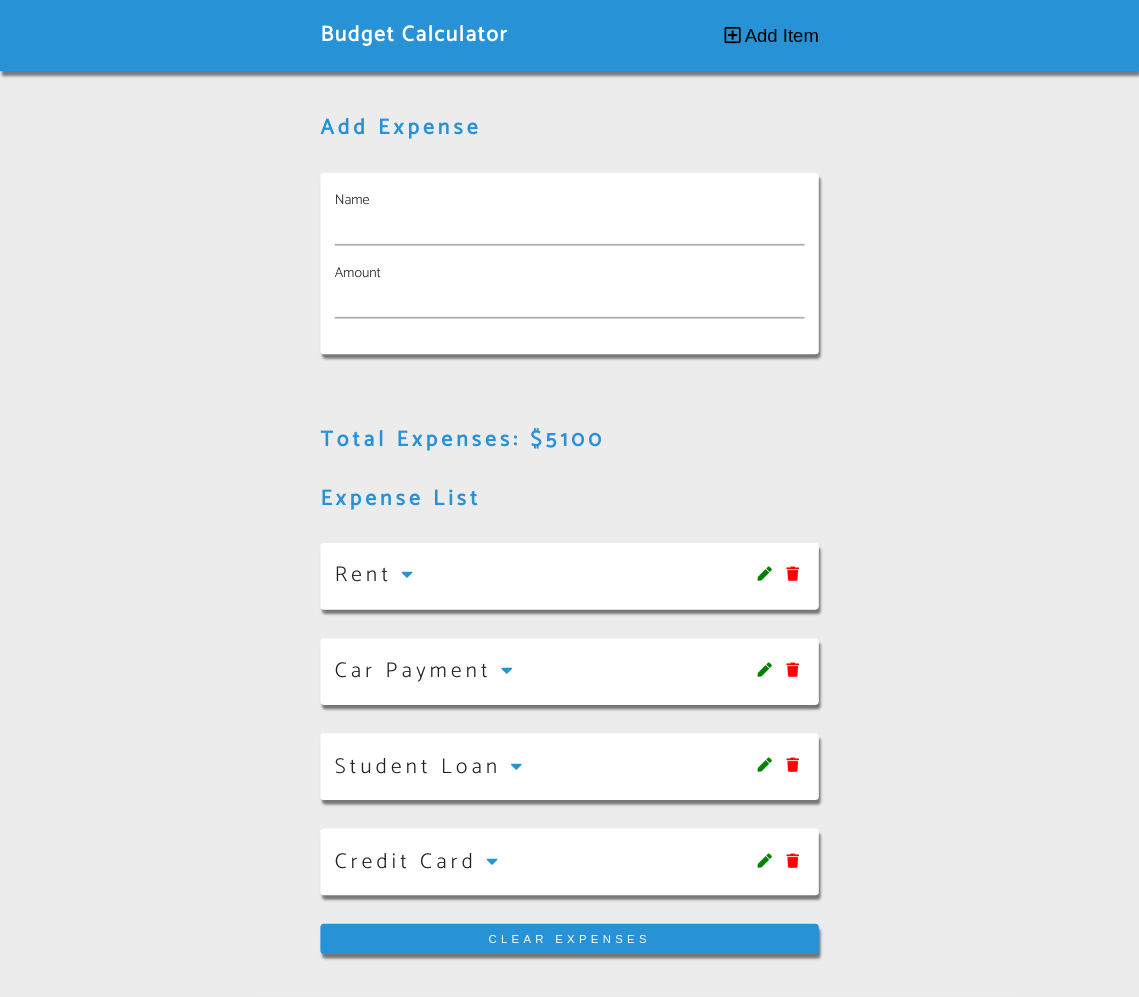
Repository: webdril/budget
Page: /
The author's editor kept a copy of each file at every save. The page is drawn from the files as they stood at one save, then again after the next save.
The browser window is 1280 px wide. The pictures show the whole page, at 89% of full size.
The project was rebuilt for these pictures with package versions that can differ from the ones it lists, and the page was loaded fresh each time.

Above is the page before, as saved 2020-03-13 21:24:09.

### public/index.html
<!DOCTYPE html>
<html lang="en">
<head>
	<meta charset='utf-8'>
	<meta name='viewport' content='width=device-width,initial-scale=1'>

	<title>Budget Calculator</title>

	<link rel='icon' type='image/png' href='/favicon.png'>
	<link rel='stylesheet' href='/global.css'>
	<link rel='stylesheet' href='/build/bundle.css'>
	<!-- Font Awesome -->
	<link rel="stylesheet" href="fontawesome-free-5.11.2-web/css/all.min.css">

	<script defer src='/build/bundle.js'></script>
</head>

<body>
</body>
</html>

### src/App.svelte
<script>
import {setContext} from 'svelte';
// components
import Navbar from './Navbar.svelte'
import ExpensesList from './ExpensesList.svelte'
import Totals from './Totals.svelte'
import ExpenseForm from './ExpenseForm.svelte'

// Data
import expensesData from './expenses';

// variables
let expenses = [...expensesData];
// reactive
$: total = expenses.reduce((acc, curr) => {
	console.log(acc, curr.amount);
	return(acc += curr.amount);
},0);

// functions
function removeExpense(id){
	expenses = expenses.filter(item =>item.id !== id);
}
function clearExpenses(){
	expenses = [];
}

// context
setContext('remove', removeExpense)
</script>

<!-- CSS/STYLING -->

<Navbar />
<main class="content">
<ExpenseForm />
	<Totals title="total expenses" {total} />
	<ExpensesList {expenses}/>
	<button type="button" class="btn btn-primary btn-block" on:click={clearExpenses}> Clear Expenses</button>
</main>

### src/Navbar.svelte
<nav class="nav">
	<div class="nav-center">
		<h1 class="nav-title">Budget Calculator</h1>
		<button type="button" class="nav-btn">
			<i class="far fa-plus-square" />
			Add Item
		</button>
	</div>
</nav>

### src/ExpensesList.svelte
<script>
import SectionTitle from './Title.svelte';
import Expense from './Expense.svelte';
export let expenses = [];
</script>

<style>
    h2 {
        text-transform: capitalize;
    }
</style>

<section>
    <SectionTitle title= 'expense list' />
    <ul>
        {#each expenses as expense, index}
            <!-- <Expense {expense}/> -->
            <!-- Anothr way below -->
            <Expense {...expense} />
            {:else}
                <h2>No Expenses added to the list</h2>
        {/each}
    </ul>
</section>

### src/Totals.svelte
<script>
export let title = 'default title';
export let total = 0;
</script>




<section class="main-title">
<h2>{title}: ${total}</h2>
</section>

### src/ExpenseForm.svelte
<script>
import Title from './Title.svelte'
</script>

<section class="form">
    <Title title= "add expense" />
    <form class="expense-form">
        <div class="form-control">
            <label for="name">Name</label>
            <input type="text" id="name" />
        </div>
        <div class="form-control">
            <label for="amount">amount</label>
            <input type="number" id="amount" />
        </div>
    </form>
</section>

### src/Title.svelte
<script>
export let title = "default title";

</script>


<div class="main-title">
 <h2>{title}</h2>
</div>

### src/Expense.svelte
<script>
import {getContext} from 'svelte';
// export let expense
// let {name, amount} = expense
// Another method below
export let id;
export let name = "";
export let amount =0;
let displayAmount = false;

function toggleAmount () {
    displayAmount = !displayAmount
}
const removeExpense = getContext('remove');
</script>

<article class="single-expense">
    <div class="expense-infor">
        <h2>{name}
            <button class="amount-btn" on:click={toggleAmount}>
                <i class="fas fa-caret-down" />
            </button>
        </h2>
        {#if displayAmount}
        <h4>amount: ${amount}</h4>
        {/if}
    </div>
    <div class="expense-button">
        <button class="expense-btn edit-btn">
            <i class="fas fa-pen" />
        </button>
          <button class="expense-btn delete-btn"
          on:click={removeExpense(id)}>

            <i class="fas fa-trash" />
        </button>
    </div>
</article>

### public/global.css
/*
======
Fonts
======
*/
@import url("https://fonts.googleapis.com/css?family=Catamaran:300,400&display=swap");
/*
======
Variables
======
*/
:root {
  --primaryColor: #2892d7;
  --mainWhite: #fff;
  --offWhite: #f7f7f7;
  --mainBlack: #222;
  --mainGrey: #ececec;
  --darkGrey: #afafaf;
  --mainTransition: all 0.3s linear;
  --mainSpacing: 0.3rem;
  --lightShadow: 2px 5px 3px 0px rgba(0, 0, 0, 0.5);
  --darkShadow: 4px 10px 5px 0px rgba(0, 0, 0, 0.5);
  --mainBorderRadius: 0.25rem;
}
/*
======
Global Styles
======
*/
* {
  margin: 0;
  padding: 0;
  box-sizing: border-box;
}

body {
  font-family: "Catamaran", sans-serif;
  color: var(--mainBlack);
  background: var(--mainGrey);
  line-height: 1.4;
  font-size: 1rem;
  font-weight: 300;
}
h1,
h2,
h3,
h4,
h5,
h6 {
  font-family: "Catamaran", sans-serif;
  margin-bottom: 1.25rem;
  letter-spacing: var(--mainSpacing);
}
p {
  margin-bottom: 1.25rem;
}
ul {
  list-style-type: none;
}
a {
  text-decoration: none;
  color: var(--mainBlack);
}
/*
======
Buttons
======
*/
.btn,
.btn-white,
.btn-primary {
  text-transform: uppercase;
  letter-spacing: var(--mainSpacing);
  color: var(--primaryColor);
  border: 2px solid var(--primaryColor);
  padding: 0.45rem 0.8rem;
  display: inline-block;
  transition: var(--mainTransition);
  cursor: pointer;
  font-size: 0.8rem;
  border-radius: var(--mainBorderRadius);
  background: transparent;
}
.btn:hover {
  background: var(--primaryColor);
  color: var(--mainWhite);
}
.btn-white {
  background: transparent;
  color: var(--primaryColor);
  border-color: var(--primaryColor);
}
.btn-white:hover {
  background: var(--mainWhite);
  color: var(--primaryColor);
}
.btn-primary {
  background: var(--primaryColor);
  color: var(--mainWhite);
  border-color: var(--primaryColor);
}
.btn-primary:hover {
  background: transparent;
  color: var(--primaryColor);
}
.btn-block {
  width: 100%;
  display: block;
  margin: 0 auto;
  box-shadow: var(--lightShadow);
}
.disabled {
  color: var(--darkGrey);
  border-color: var(--darkGrey);
}
.disabled:hover {
  background: transparent;
  color: var(--darkGrey);
  border-color: var(--darkGrey);
}
/*
======
Navbar
======
*/
.nav {
  background: var(--primaryColor);
  height: 5rem;
  display: flex;
  align-items: center;
  box-shadow: var(--lightShadow);
}

.nav-center {
  width: 85%;
  max-width: 35rem;
  margin: 0 auto;
  display: flex;
  justify-content: space-between;
}
.nav-title {
  text-transform: capitalize;
  color: var(--mainWhite);
  margin-bottom: 0;
  letter-spacing: 2px;
}
.nav-btn {
  background: transparent;
  font-size: 1.3rem;
  border: none;
  cursor: pointer;
  text-transform: capitalize;
  transition: var(--mainTransition);
}
.nav-btn:hover {
  color: var(--darkGrey);
}
/*
======
Content
======
*/
.content {
  padding: 3rem 0;
  width: 85vw;
  max-width: 35rem;
  margin: 0 auto;
}

/*
======
Main Title
======
*/
.main-title {
  text-transform: capitalize;
  color: var(--primaryColor);
  margin-bottom: 2rem;
}
/*
======
Single Expense
======
*/
.single-expense {
  display: flex;
  justify-content: space-between;
  text-transform: capitalize;
  align-items: center;
  margin-bottom: 2rem;
  padding: 1.3rem 1rem;
  border-radius: var(--mainBorderRadius);
  background: var(--mainWhite);
  box-shadow: var(--lightShadow);
}
.single-expense h2 {
  margin-bottom: 0;
  font-weight: 300;
}
.single-expense h4 {
  margin-bottom: 0;
  margin-top: 1rem;
  font-weight: 300;
  color: var(--primaryColor);
}

.expense-btn {
  font-size: 1rem;
  background: transparent;
  border: none;
  margin: 0 0.4rem;
  transition: var(--mainTransition);
  cursor: pointer;
}
.expense-btn:hover {
  transform: scale(1.2);
}
.amount-btn {
  font-size: 1.3rem;
  background: transparent;
  border: none;
  cursor: pointer;
  color: var(--primaryColor);
}
.delete-btn {
  color: red;
}
.edit-btn {
  color: green;
}
/*
======
Expense Form
======
*/

.expense-form {
  background: var(--mainWhite);
  padding: 1.25rem 1rem;
  text-transform: capitalize;
  border-radius: var(--mainBorderRadius);
  box-shadow: var(--lightShadow);
}

.form-control label {
  display: block;
}
.form-control input {
  width: 100%;
  border: none;
  border-bottom: 2px solid var(--darkGrey);
  margin-bottom: 1.25rem;
  padding: 0.5rem;
  font-size: 1.2rem;
}
.form-empty {
  text-align: center;
  color: red;
}
.form {
  position: relative;
  margin-bottom: 5rem;
}
.close-btn {
  position: absolute;
  top: 0;
  right: 0;
  font-size: 1.2rem;
  text-transform: capitalize;
  display: flex;
  align-items: center;
  width: 4.2rem;
  justify-content: space-between;
  background: transparent;
  border: none;
  color: red;
  cursor: pointer;
}
/*
======
Modal
======
*/
.modal-container {
  position: fixed;
  top: 0;
  left: 0;
  right: 0;
  bottom: 0;
  background: rgba(0, 0, 0, 0.7);
  z-index: 2;
}
.modal-content {
  background: var(--mainWhite);
  width: 85vw;
  max-width: 35rem;
  margin: 0 auto;
  margin-top: 5rem;
  padding: 3rem;
  border-radius: var(--mainBorderRadius);
  position: relative;
}
.modal-content .expense-form {
  box-shadow: none;
}
.modal-container .form {
  margin-bottom: 0;
}
.modal-container .expense-form {
  padding: 1.25rem 0;
}
.modal-container .form {
  position: static;
}
.modal-container .close-btn {
  top: 2%;
  right: 3%;
}
/*
======
Github Users
======
*/

.user {
  margin: 2rem 0;
  box-shadow: var(--lightShadow);
  display: grid;
  grid-template-columns: auto 1fr;
  border-radius: var(--mainBorderRadius);
  grid-column-gap: 2rem;
  background: var(--mainWhite);
}
.user img {
  width: 6rem;
  border-top-left-radius: var(--mainBorderRadius);
  border-bottom-left-radius: var(--mainBorderRadius);
}
.user-info {
  padding-top: 0.75rem;
}
.user-info h3 {
  margin-bottom: 0.75rem;
}

Loaded but not shown: src/main.js (common file); src/expenses.js (common file); public/fontawesome-free-5.11.2-web/css/all.min.css (library)

After the next save:
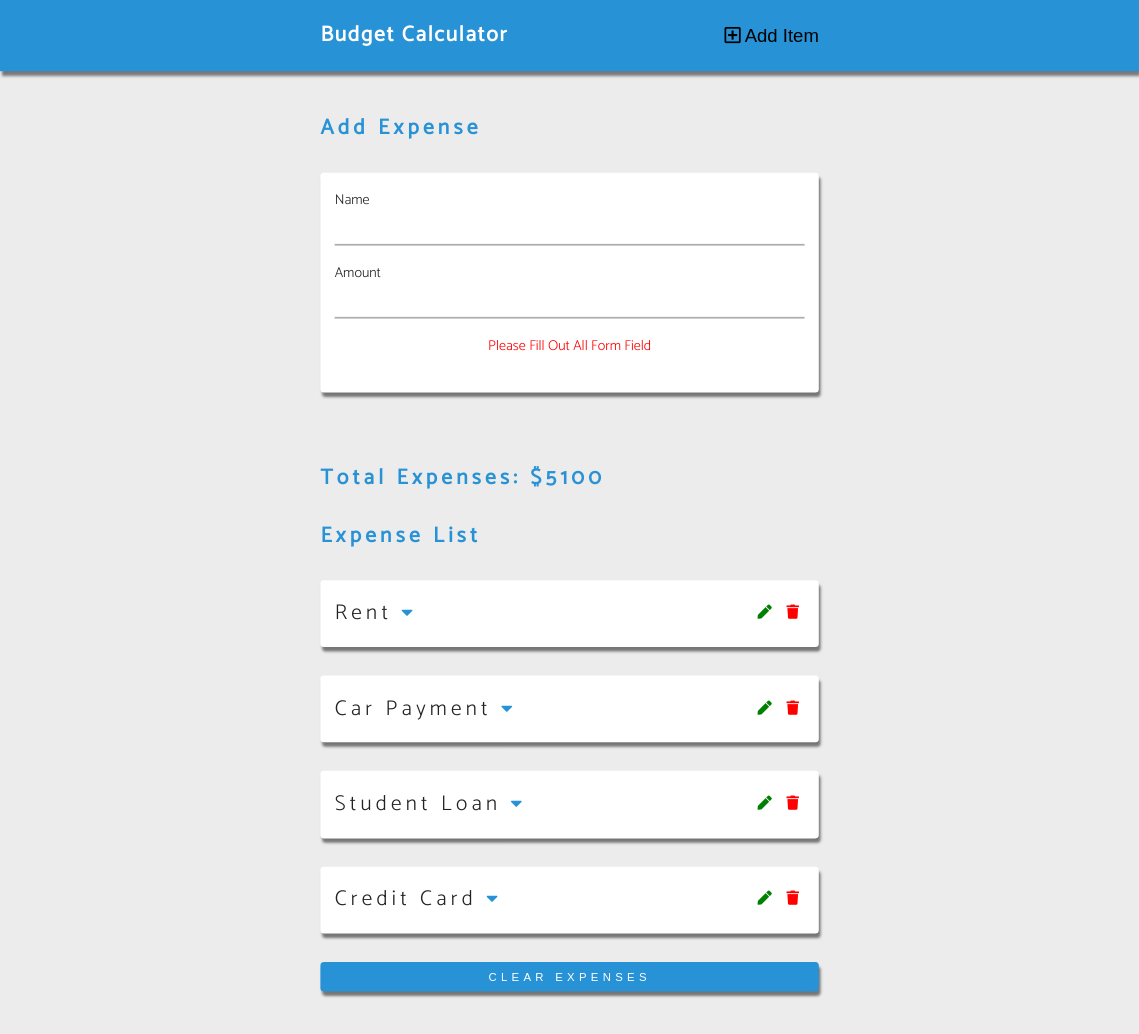
Saved 36 s later.
--- a/src/ExpenseForm.svelte
+++ b/src/ExpenseForm.svelte
@@ -13,5 +13,6 @@ import Title from './Title.svelte'
             <label for="amount">amount</label>
             <input type="number" id="amount" />
         </div>
+        <p class="form-empty">Please fill out all form field</p>
     </form>
 </section>
